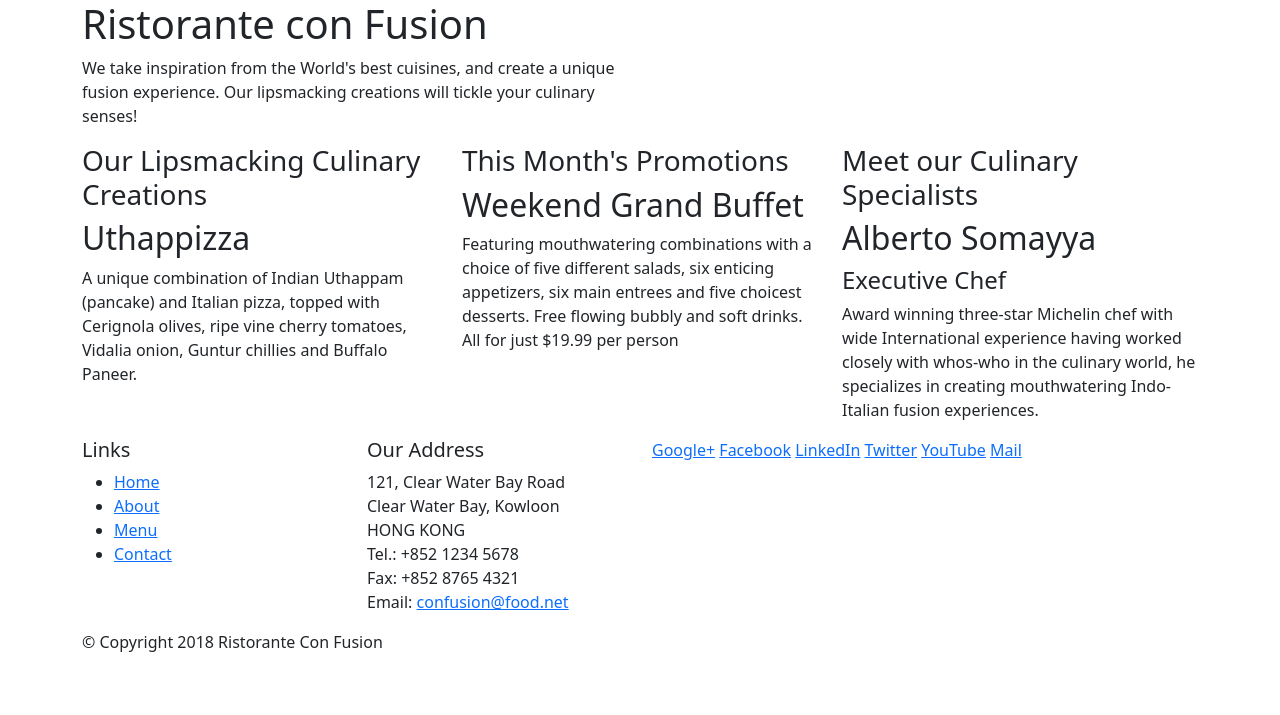
Repository: GiaBaooLe/Reactjs
Page: index.html
These files come from the project's save history. The page is drawn as it stood at one moment and after a run of saves; the edit follows.
The browser window is 1280 px wide. The pictures show the whole page.
Some web libraries are served in a nearby version.

Above is the page before, as saved 2023-09-12 14:09:33.

### index.html
<!DOCTYPE html>
<html lang="en">
  <head>

    <!-- Required meta tags always come first -->
    <meta charset="utf-8" />
    <meta
      name="viewport"
      content="width=device-width, initial-scale=1, shrink-to-fit=no"
    />
    <meta http-equiv="x-ua-compatible" content="ie=edge" />
    <!-- Bootstrap CSS -->
    <link
      rel="stylesheet"
      href="node_modules/bootstrap/dist/css/bootstrap.min.css"
    />

    <title>Ristorante Con Fusio</title>
  </head>

  <body>
    <header class="jumbotron">
        <div class="container">
            <div class="row">


          <div class="col-12 col-sm-6">
            <h1>Ristorante con Fusion</h1>
            <p>
              We take inspiration from the World's best cuisines, and create a
              unique fusion experience. Our lipsmacking creations will tickle
              your culinary senses!
            </p>
          </div>
          </div>
        </div>


    </div>
    </header>

    <div class="container">
        <div class="row">
      <div class="col-12 col-sm-4 ">
        <div>
          <h3>Our Lipsmacking Culinary Creations</h3>
        </div>
        <div>
          <h2>Uthappizza</h2>
          <p>
            A unique combination of Indian Uthappam (pancake) and Italian pizza,
            topped with Cerignola olives, ripe vine cherry tomatoes, Vidalia
            onion, Guntur chillies and Buffalo Paneer.
          </p>
        </div>
      </div>


      <div class="col-12 col-sm-4 ">
        <div>
          <h3>This Month's Promotions</h3>
        </div>
        <div>
          <h2>Weekend Grand Buffet</h2>
          <p>
            Featuring mouthwatering combinations with a choice of five different
            salads, six enticing appetizers, six main entrees and five choicest
            desserts. Free flowing bubbly and soft drinks. All for just $19.99
            per person
          </p>
        </div>
      </div>

      <div class="col-12 col-sm-4 ">
        <div>
          <h3>Meet our Culinary Specialists</h3>
        </div>
        <div>
          <h2>Alberto Somayya</h2>
          <h4>Executive Chef</h4>
          <p>
            Award winning three-star Michelin chef with wide International
            experience having worked closely with whos-who in the culinary
            world, he specializes in creating mouthwatering Indo-Italian fusion
            experiences.
          </p>
        </div>
      </div>
    </div>
    </div>
</div>

    <footer>
      <div class="container">
        <div class="row">

          <div class="col-12 col-sm-3">
            <h5>Links</h5>
            <ul>
              <li><a href="#">Home</a></li>
              <li><a href="#">About</a></li>
              <li><a href="#">Menu</a></li>
              <li><a href="#">Contact</a></li>
            </ul>
          </div>
          <div class="col-12 col-sm-3">
            <h5>Our Address</h5>
            <address>
              121, Clear Water Bay Road<br />
              Clear Water Bay, Kowloon<br />
              HONG KONG<br />
              Tel.: +852 1234 5678<br />
              Fax: +852 8765 4321<br />
              Email: <a href="mailto:confusion@food.net">confusion@food.net</a>
            </address>
          </div>
          <div class="col-12 col-sm-6">
            <div>
              <a href="http://google.com/+">Google+</a>
              <a href="http://www.facebook.com/profile.php?id=">Facebook</a>
              <a href="http://www.linkedin.com/in/">LinkedIn</a>
              <a href="http://twitter.com/">Twitter</a>
              <a href="http://youtube.com/">YouTube</a>
              <a href="mailto:">Mail</a>
            </div>
          </div>
        </div>
        <div>
          <div>
            <p>© Copyright 2018 Ristorante Con Fusion</p>
          </div>
        </div>
      </div>
    </footer>
  </body>
  <script src="node_modules/jquery/dist/jquery.slim.min.js"></script>
  <script src="node_modules/popper.js/dist/umd/popper.min.js"></script>
  <script src="node_modules/bootstrap/dist/js/bootstrap.min.js"></script>
</html>

After the next 2 saves:
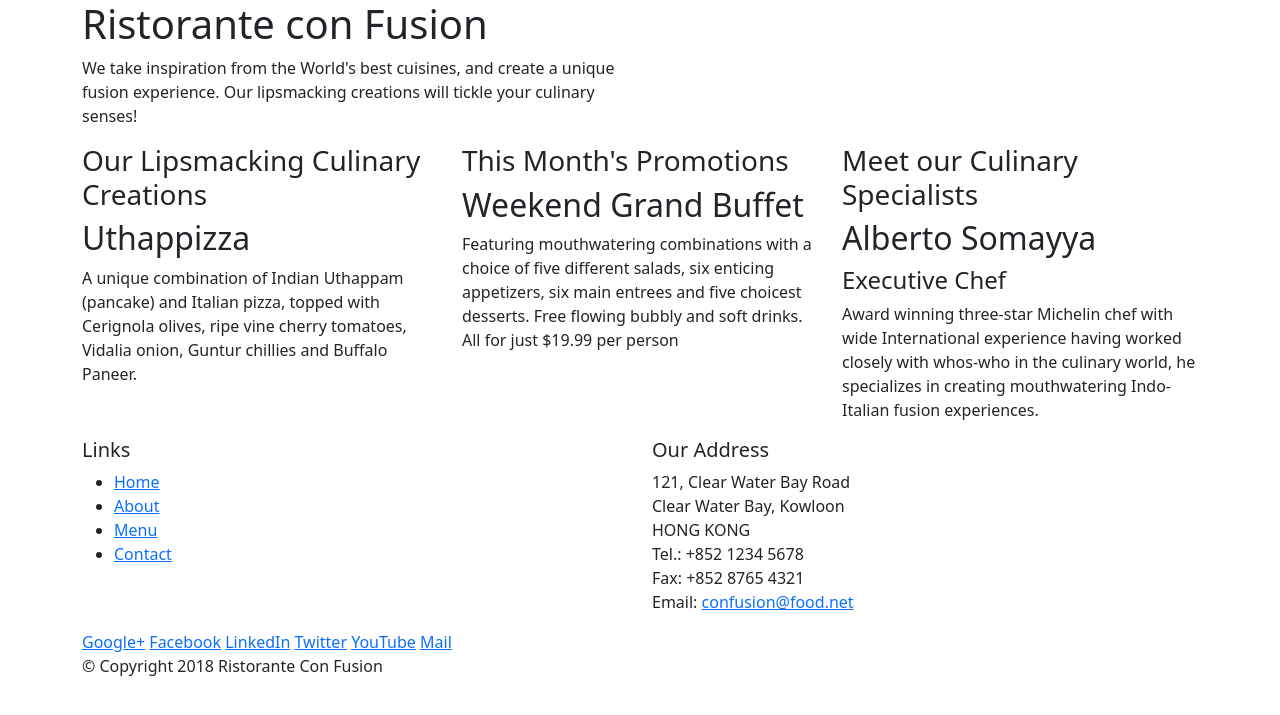
The 2 saves are shown as one change because they came seconds apart.
The last was saved 14 s later.
--- a/index.html
+++ b/index.html
@@ -94,7 +94,7 @@
       <div class="container">
         <div class="row">
 
-          <div class="col-12 col-sm-3">
+          <div class="col-12 col-sm-6">
             <h5>Links</h5>
             <ul>
               <li><a href="#">Home</a></li>
@@ -103,7 +103,7 @@
               <li><a href="#">Contact</a></li>
             </ul>
           </div>
-          <div class="col-12 col-sm-3">
+          <div class="col-12 col-sm-6">
             <h5>Our Address</h5>
             <address>
               121, Clear Water Bay Road<br />
